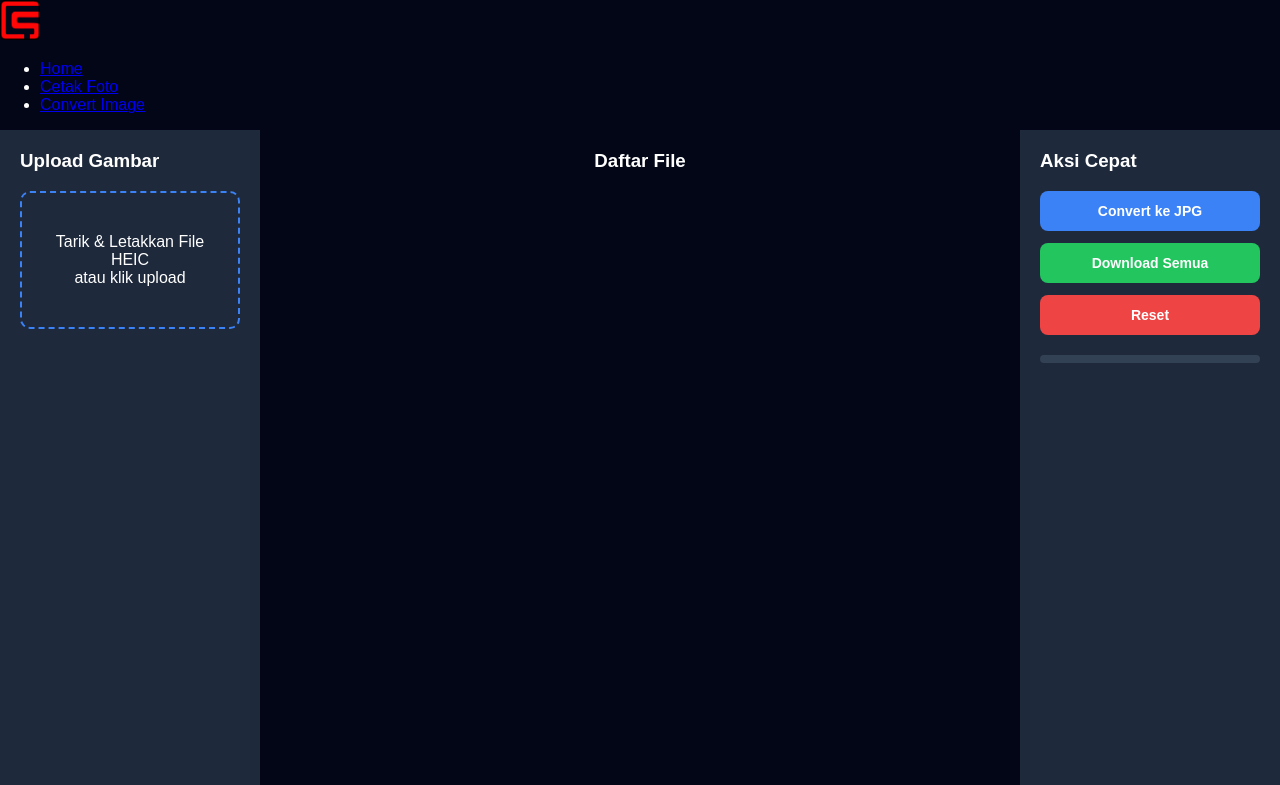
Repository: procinema22/hiisedulurfc
Page: hesedulur-main/convert-image.html
An editor plug-in stored every save of this project. The page is shown before and after the next save, followed by the edit.
The browser window is 1280 px wide. The pictures show the whole page.

Above is the page before, as saved 2026-04-23 23:35:11.

### hesedulur-main/convert-image.html
<!DOCTYPE html>
<html lang="id">
<head>

<meta charset="UTF-8">
<meta name="viewport" content="width=device-width, initial-scale=1.0">

<title>Convert HEIC ke JPG</title>

<link rel="stylesheet" href="css/convert.css">

<script src="https://cdn.jsdelivr.net/npm/heic2any/dist/heic2any.min.js"></script>

</head>

<body>

<!-- NAVBAR -->
<header>
  <div class="logo">
    <a href="index.html">
      <img src="img/loggo/sdlr.png" alt="Sedulur Foto Copy">
    </a>
  </div>

  <nav>
    <ul>
    <li><a href="index.html">Home</a></li>
    <li><a href="cetakfoto.html">Cetak Foto</a></li>
    <li><a href="convert-image.html">Convert Image</a></li>
    </ul>
    </nav>
</header>


<div class="layout">

<!-- LEFT PANEL -->
<div class="left-panel">

<h3>Upload Gambar</h3>

<div id="dropArea" class="upload-box">
Tarik & Letakkan File HEIC<br>
atau klik upload
</div>

<input type="file" id="fileInput" accept=".heic,image/heic" multiple hidden>

</div>


<!-- CENTER PANEL -->
<div class="center-panel">

<h3 style="text-align:center">Daftar File</h3>

<div id="previewList" class="preview-list"></div>

</div>


<!-- RIGHT PANEL -->
<div class="right-panel">

<h3>Aksi Cepat</h3>

<button id="convertBtn" class="btn blue">
Convert ke JPG
</button>

<button id="downloadAll" class="btn green">
Download Semua
</button>

<button class="btn red" onclick="location.reload()">
Reset
</button>

<div class="progress">
<div id="progressBar"></div>
</div>

</div>

</div>

<script src="js/convert.js"></script>

</body>
</html>

### hesedulur-main/css/convert.css
*{
    box-sizing:border-box;
    }

    body{
    margin:0;
    font-family:Arial, sans-serif;
    background:#020617;
    color:white;
    }

    /* NAVBAR */

    .navbar{
    display:flex;
    justify-content:space-between;
    align-items:center;
    padding:12px 30px;
    background:#020617;
    border-bottom:1px solid #1e293b;
    }

    .logo img{
    height:40px;
    }

    .navbar nav ul{
    list-style:none;
    margin:0;
    padding:0;
    display:flex;
    }

    .navbar nav li{
    margin-left:20px;
    }

    .navbar nav a{
    color:white;
    text-decoration:none;
    font-size:14px;
    transition:0.2s;
    }

    .navbar nav a:hover{
    color:#3b82f6;
    }

    /* LAYOUT */

    .layout{
    display:flex;
    min-height:calc(100vh - 65px);
    }

    /* LEFT PANEL */

    .left-panel{
    width:260px;
    min-width:220px;
    background:#1e293b;
    padding:20px;
    overflow:auto;
    }

    .left-panel h3{
    margin-top:0;
    }

    /* UPLOAD BOX */

    .upload-box{
    border:2px dashed #3b82f6;
    padding:40px 20px;
    text-align:center;
    border-radius:10px;
    cursor:pointer;
    margin-top:15px;
    transition:0.2s;
    }

    .upload-box:hover{
    background:#0f172a;
    border-color:#60a5fa;
    }

    /* CENTER */

    .center-panel{
    flex:1;
    background:#020617;
    padding:20px;
    overflow:auto;
    }

    .center-panel h3{
    margin-top:0;
    }

    /* PREVIEW */

    .preview-list{
    display:grid;
    grid-template-columns:repeat(auto-fill,minmax(120px,1fr));
    gap:15px;
    margin-top:20px;
    }

    .preview-item{
    background:#1e293b;
    padding:10px;
    border-radius:8px;
    text-align:center;
    font-size:12px;
    word-break:break-word;
    }

    /* RIGHT PANEL */

    .right-panel{
    width:260px;
    min-width:220px;
    background:#1e293b;
    padding:20px;
    }

    .right-panel h3{
    margin-top:0;
    }

    /* BUTTON */

    .btn{
    display:block;
    width:100%;
    padding:12px;
    margin-top:12px;
    border:none;
    border-radius:8px;
    cursor:pointer;
    color:white;
    font-weight:bold;
    font-size:14px;
    transition:0.2s;
    }

    .btn:hover{
    opacity:0.9;
    transform:scale(1.02);
    }

    .blue{background:#3b82f6;}
    .green{background:#22c55e;}
    .purple{background:#8b5cf6;}
    .red{background:#ef4444;}

    /* PROGRESS */

    .progress{
    width:100%;
    height:8px;
    background:#334155;
    border-radius:10px;
    margin-top:20px;
    overflow:hidden;
    }

    #progressBar{
    height:100%;
    width:0%;
    background:#22c55e;
    transition:width 0.3s ease;
    }

### hesedulur-main/js/convert.js
const dropArea = document.getElementById("dropArea")
const input = document.getElementById("fileInput")

const previewList = document.getElementById("previewList")
const convertBtn = document.getElementById("convertBtn")
const progressBar = document.getElementById("progressBar")
const downloadAll = document.getElementById("downloadAll")

let files=[]
let results=[]


dropArea.onclick=()=>input.click()


input.addEventListener("change",e=>{
handleFiles([...e.target.files])
})


dropArea.addEventListener("dragover",e=>{
e.preventDefault()
})


dropArea.addEventListener("drop",e=>{
e.preventDefault()

handleFiles([...e.dataTransfer.files])

})


function handleFiles(selected){

selected.forEach(file=>{

files.push(file)

const div=document.createElement("div")
div.className="preview-item"

div.innerHTML=`
<p>${file.name}</p>
`

previewList.appendChild(div)

})

}



convertBtn.onclick=async()=>{

results=[]

for(let i=0;i<files.length;i++){

const blob=await heic2any({
blob:files[i],
toType:"image/jpeg",
quality:0.9
})

results.push(blob)

let percent=((i+1)/files.length)*100

progressBar.style.width=percent+"%"

}

alert("Convert selesai")

}



downloadAll.onclick=()=>{

results.forEach((blob,i)=>{

const url=URL.createObjectURL(blob)

const a=document.createElement("a")

a.href=url
a.download="image_"+(i+1)+".jpg"

a.click()

})

}

After the next save:
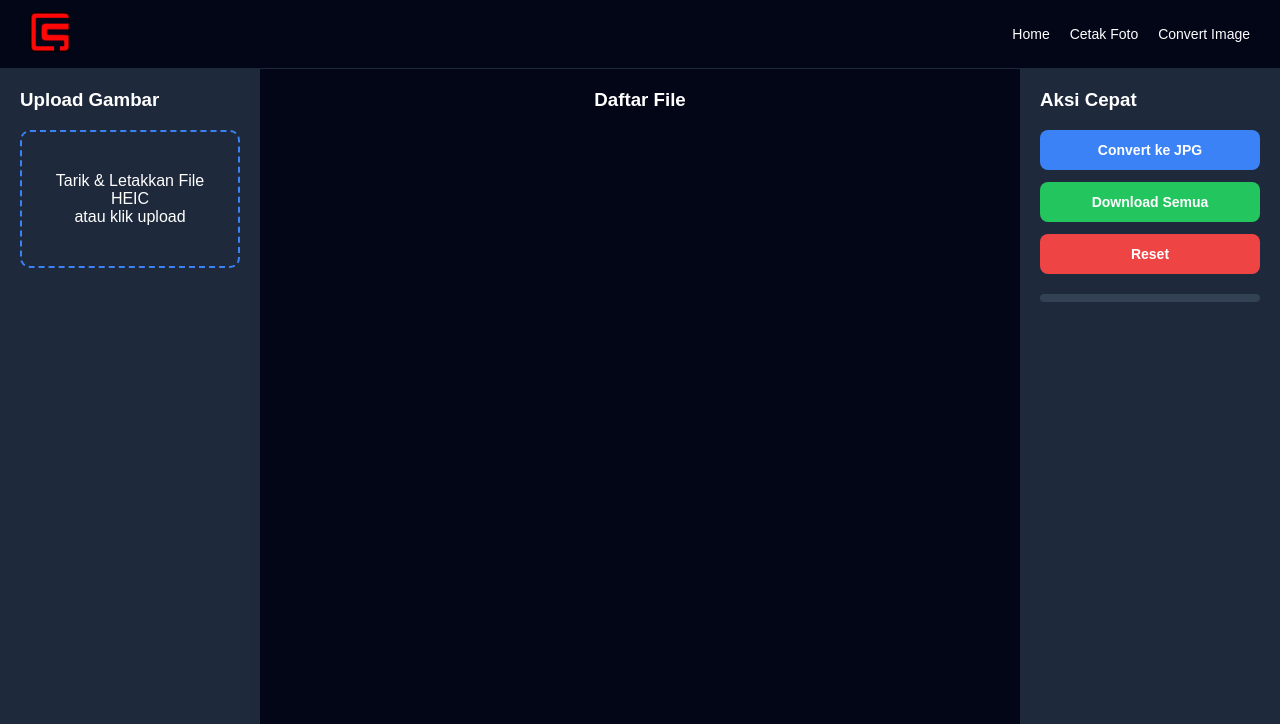
Saved 58 s later.
--- a/hesedulur-main/convert-image.html
+++ b/hesedulur-main/convert-image.html
@@ -16,7 +16,7 @@
 <body>
 
 <!-- NAVBAR -->
-<header>
+<header class="navbar">
   <div class="logo">
     <a href="index.html">
       <img src="img/loggo/sdlr.png" alt="Sedulur Foto Copy">
@@ -25,11 +25,11 @@
 
   <nav>
     <ul>
-    <li><a href="index.html">Home</a></li>
-    <li><a href="cetakfoto.html">Cetak Foto</a></li>
-    <li><a href="convert-image.html">Convert Image</a></li>
+      <li><a href="index.html">Home</a></li>
+      <li><a href="cetakfoto.html">Cetak Foto</a></li>
+      <li><a href="convert-image.html">Convert Image</a></li>
     </ul>
-    </nav>
+  </nav>
 </header>
 
 
